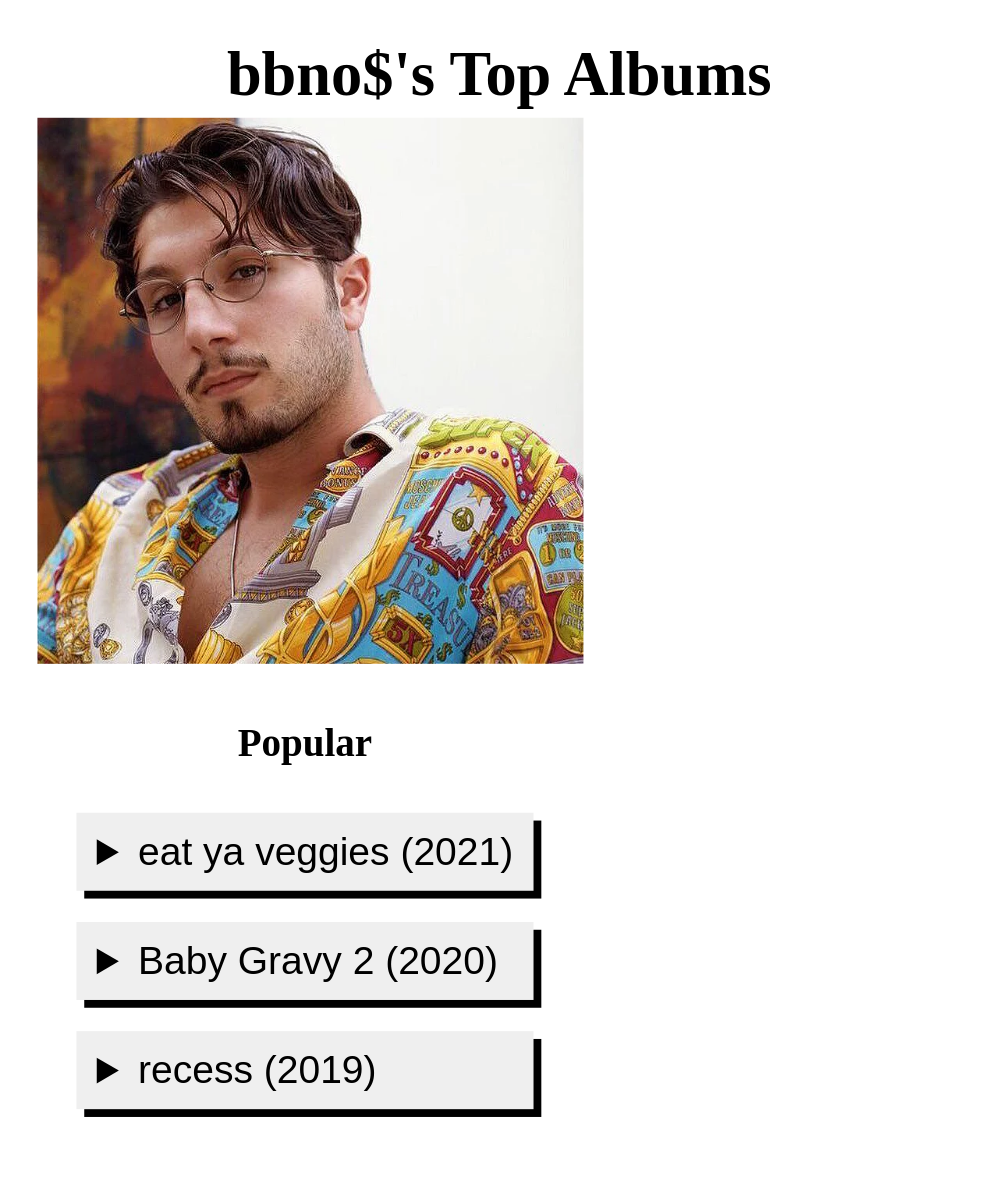
Repository: Jennica1/Lab1
Page: /
These files come from the project's save history. The page is drawn as it stood at one moment and after the next save; the edit follows.
The browser window is 1280 px wide. The pictures show the whole page, at 78% of full size.
The project was rebuilt for these pictures with package versions that can differ from the ones it lists, and the page was loaded fresh each time. Also part of the build but not shown: vite.config.js.

Above is the page before, as saved 2024-09-09 20:08:00.

### index.html
<!doctype html>
<html lang="en">
  <head>
    <meta charset="UTF-8" />
    <link rel="icon" type="image/svg+xml" href="/vite.svg" />
    <meta name="viewport" content="width=device-width, initial-scale=1.0" />
    <title>Top bbno$ Albums</title>
  </head>
  <body>
    <div id="root"></div>
    <script type="module" src="/src/main.jsx"></script>
  </body>
</html>

### src/App.jsx
import { useState } from 'react'
import reactLogo from './assets/react.svg'
import viteLogo from '/bbno$icon.jpg'

import './App.css'

function App() {

  return (
    <>

      <body className='main'>
        <header className='header'>
          <h1 className='title'>bbno$'s Top Albums</h1>
        </header>

      <div className='container'>
        <div className='split left'>
          <img src="/images/bbno$_profile.webp" alt='bbno$' />
        </div>

        <div className='split right'>
          <div className='albums'>
            <h2 className='subtitle'>Popular</h2>
            <button>
              <details>
                <summary>eat ya veggies (2021)</summary>
                <p>edamame (ft. Rich Brian)</p>
                <p>big boss baby</p>
                <p>2 time zones</p>
              </details>
            </button>
            <button>
              <details>
                <summary>Baby Gravy 2 (2020)</summary>
                <p>Welcome to Chillis</p>
                <p>Cadbury Creme</p>
                <p>Shining on my ex</p>
              </details>
            </button>
            <button>
              <details>
                <summary>recess (2019)</summary>
                <p>nursery</p>
                <p>bunk</p>
                <p>chess</p>
              </details>
            </button>
          </div>
        </div>
      </div>
      </body>


    </>
  )
}

export default App

### src/index.css
summary {
    font-size: 50px;
    text-align: left;
    margin: 20px;
}

button {
    margin: 20px;
    border-style: none;
    box-shadow: 10px 10px;
}

p {
    font-size: 20px;
}

img {
    object-fit: fill;
}

### src/App.css
#root {
  margin: 0 auto;
  padding: 2rem;
}

.header {
  font-size: 40px;

}

.title {
  margin: 10px;
  display: flex;
  justify-content: center;
}

.subtitle {
  font-size: 50px;
  text-align: center;
}

.albums {
 margin: 30px;
 display: flex;
 flex-direction: column;

}

.split {
display: flex;
flex-wrap: wrap;
z-index: -1;
}

.left {
  width: fit-content;
}

.right {
width: fit-content;
}

Loaded but not shown: src/main.jsx (common file)

After the next save:
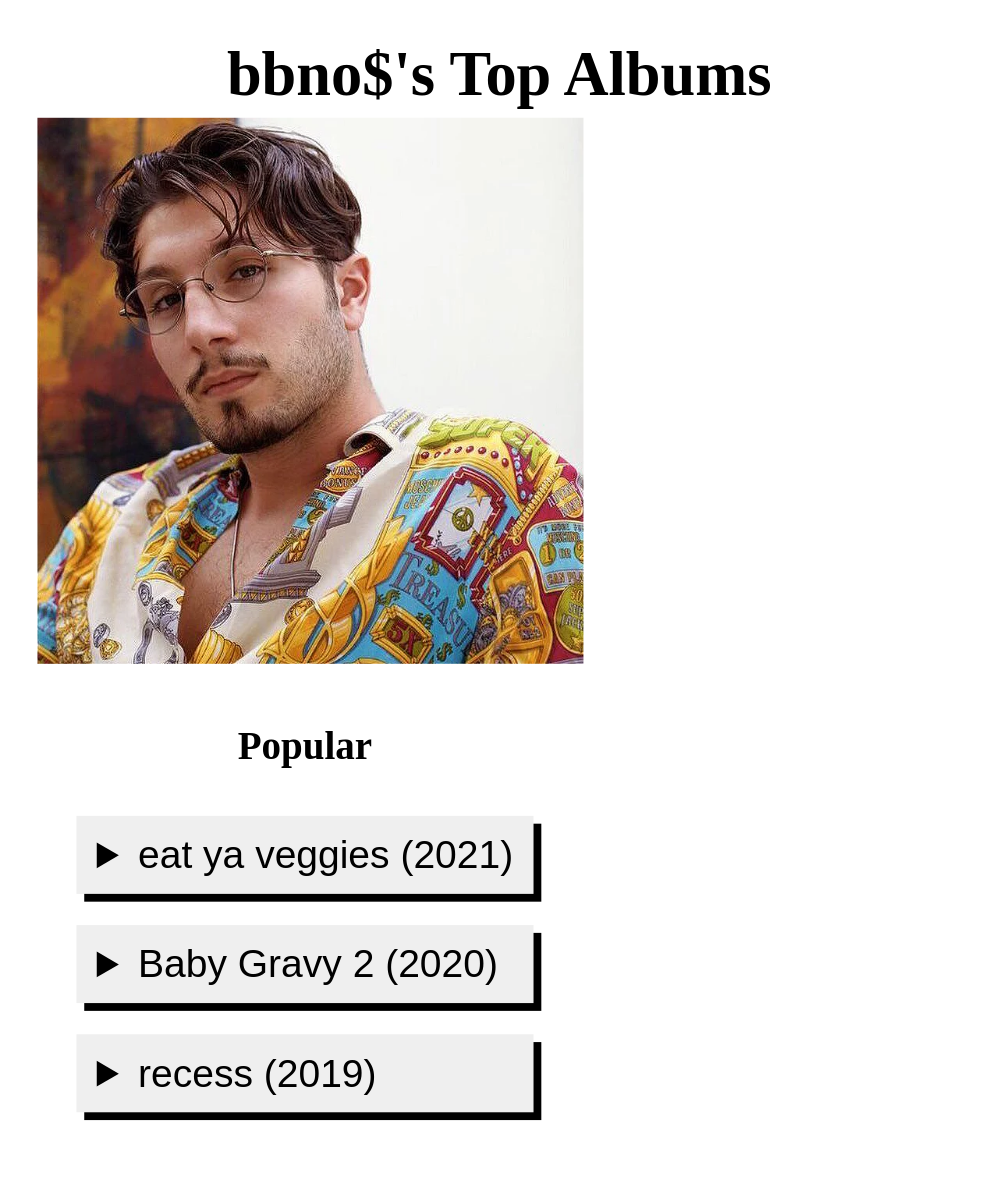
Saved 12 s later.
--- a/src/App.css
+++ b/src/App.css
@@ -26,7 +26,7 @@
 
 }
 
-.split {
+.container {
 display: flex;
 flex-wrap: wrap;
 z-index: -1;
